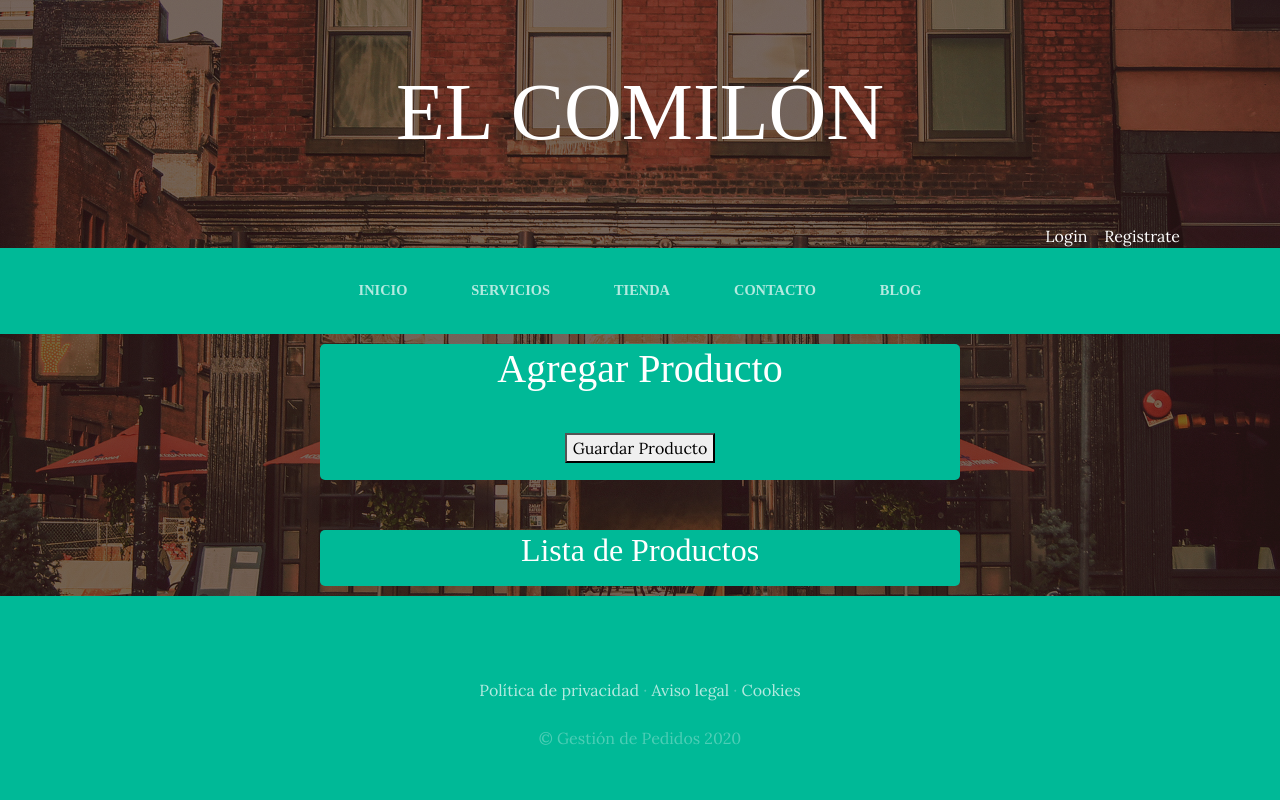
Repository: MatLarrea/Entrega_Elcomilon
Page: TiendaApp/templates/tienda/agregar_producto.html
An editor plug-in stored every save of this project. The page is shown before and after the next save, followed by the edit.
The browser window is 1280 px wide. The pictures show the whole page.
Backgrounds fixed to the window are drawn as part of the page. Some web fonts or font styles are not loaded; a fallback is used. The page is served by the project's application, run on Django 5.2 (manage.py). Other server files are loaded and not shown. The template is opened directly, without the code that normally fills it, so the values that code supplies are empty.

Above is the page before, as saved 2024-07-11 22:51:07.
Console error: TypeError: Cannot read properties of null (reading 'addEventListener')

### TiendaApp/templates/tienda/agregar_producto.html
{% extends 'layouts/base.html' %}
{% load static %}

{% block content %}
<div class="formularioContacto" style="text-align: center;">
    <h1 style="color: white;">Agregar Producto</h1>
    <form method="post" enctype="multipart/form-data">
        {% csrf_token %}
        <table style="margin:20px auto; color: white;">
            {{ form.as_table }}
        </table>
        <button type="submit" style="display: block; margin: 0 auto;">Guardar Producto</button>
    </form>
</div>

<div class="formularioContacto" style="margin-top: 50px; text-align: center;">
    <h2 style="color: white;">Lista de Productos</h2>
    <ul style="list-style-type: none; padding: 0;">
        {% for producto in productos %}
        <li style="margin-bottom: 10px;">
            {{ producto.nombre }} - Precio: {{ producto.precio }}
            <form method="post" action="{% url 'borrar_producto' producto.id %}">
                {% csrf_token %}
                <button type="submit">Eliminar</button>
            </form>
        </li>
        {% endfor %}
    </ul>
</div>
{% endblock %}

### Carrito/context_processor.py
from django.contrib import messages

def importe_total_carro(request):

    total = 0

    if request.user.is_authenticated:
        for key, value in request.session["carrito"].items():
            total = total + float(value["precio"])
    else:
        total = "Error"
    return {"importe_total_carro":total}

### Tienda_OnlineApp/templates/layouts/base.html
<html>

<head>


    {% load static %}
    <!-- Bootstrap -->
    <link href="{% static 'Tienda_OnlineApp/vendor/bootstrap/css/bootstrap.min.css' %}" rel="stylesheet">

    <!-- Fonts -->

    <link href="https://fonts.googleapis.com/css2?family=Raleway:wght@300&display=swap" rel="stylesheet">
    <link href="https://fonts.googleapis.com/css?family=Lora:400,400i,700,700i" rel="stylesheet">


    <!-- Styles -->
    <link href="{% static 'Tienda_OnlineApp/css/gestion.css' %}" rel="stylesheet">
</head>

<body>

    <h1 class="site-heading text-center text-white d-none d-lg-block">

        <span class="site-heading-lower">El comilón</span>
    </h1>

    <div style="text-align: right; margin-right: 100px; color: white;">

        {% if user.is_authenticated %}
           Bienvenido {{user.username}} &nbsp;&nbsp; <a href="{% url 'cerrar_sesion'%}" style="color: white;"> Cerrar sesión</a>
        {% else %}
            <a href="{% url 'logear' %}" style="color: white;">Login</a> &nbsp;&nbsp; <a href="{% url 'registro'%}" style="color: white;">Registrate</a>
        {% endif %}
    </div>
    <!-- Navbar -->
    <nav class="navbar navbar-expand-lg navbar-dark py-lg-4" id="mainNav">
        <div class="container">
            <a class="navbar-brand text-uppercase text-expanded font-weight-bold d-lg-none" href="home.html">Gestión de Pedidos
            </a>
            <button class="navbar-toggler" type="button" data-toggle="collapse" data-target="#navbarResponsive"
                aria-controls="navbarResponsive" aria-expanded="false" aria-label="Toggle navigation">
                <span class="navbar-toggler-icon"></span>
            </button>
            <div class="collapse navbar-collapse" id="navbarResponsive">
                <ul class="navbar-nav mx-auto">
                    <li class="nav-item {% if request.path == '/' %}active{% endif %} px-lg-4">
                        <a class="nav-link text-uppercase text-expanded" href="{% url 'home' %}">Inicio</a>
                    </li>
                    <li class="nav-item {% if request.path == '/servicios/' %}active{% endif %} px-lg-4">
                        <a class="nav-link text-uppercase text-expanded" href="{% url 'servicios' %}">Servicios</a>
                    </li>
                    <li class="nav-item {% if request.path == '/tienda/' %}active{% endif %} px-lg-4">
                        <a class="nav-link text-uppercase text-expanded" href="{% url 'tienda' %}">Tienda</a>
                    </li>
                    <li class="nav-item {% if request.path == '/contacto/' %}active{% endif %} px-lg-4">
                        <a class="nav-link text-uppercase text-expanded" href="{% url 'contacto' %}">Contacto</a>
                    </li>
                    <li class="nav-item {% if request.path|slice:':6' == '/blog/' %}active{% endif %} px-lg-4">
                        <a class="nav-link text-uppercase text-expanded" href="{% url 'blog' %}">Blog</a>
                    </li>
                    {% if user.is_superuser %}
                        <li class="nav-item {% if request.path == '/agregar_categoria/' %}active{% endif %} px-lg-4">
                            <a class="nav-link text-uppercase text-expanded" href="{% url 'agregar_categoria' %}">Administracion Categorias</a>
                        </li>
                        <li class="nav-item {% if request.path == '/agregar_producto/' %}active{% endif %} px-lg-4">
                            <a class="nav-link text-uppercase text-expanded" href="{% url 'agregar_producto' %}">Administracion Productos</a>
                        </li>
                    {% endif %}
                </ul>
            </div>
        </div>
    </nav>

    <!-- Contenido de las paginas-->
    {% block content%}

    {% endblock %}

    <!-- Footer -->
    <footer class="footer text-faded text-center py-5">
        <div class="container">
            <p class="m-0">
                <a href="#" class="link">
                    <span class="fa-stack fa-lg">
                        <i class="fa fa-circle fa-stack-2x"></i>
                        <i class="fa fa-twitter fa-stack-1x fa-inverse"></i>
                    </span>
                </a>
                <a href="#" class="link">
                    <span class="fa-stack fa-lg">
                        <i class="fa fa-circle fa-stack-2x"></i>
                        <i class="fa fa-facebook fa-stack-1x fa-inverse"></i>
                    </span>
                </a>
                <a href="#" class="link">
                    <span class="fa-stack fa-lg">
                        <i class="fa fa-circle fa-stack-2x"></i>
                        <i class="fa fa-instagram fa-stack-1x fa-inverse"></i>
                    </span>
                </a>
            </p>
            <p class="m-0 mbt">
                <a href="sample.html" class="link">Política de privacidad</a> ·
                <a href="sample.html" class="link">Aviso legal</a> ·
                <a href="sample.html" class="link">Cookies</a>
            </p>
            <p class="m-0 mbt1">&copy; Gestión de Pedidos 2020</p>
        </div>
    </footer>

    <!-- Bootstrap -->
    <script src="{% static 'Tienda_OnlineApp/vendor/jquery/jquery.min.js' %}"></script>
    <script src="{% static 'Tienda_OnlineApp/vendor/bootstrap/js/bootstrap.bundle.min.js' %}"></script>
    <script src="{% static 'Tienda_OnlineApp/js/gestion.js' %}"></script>
</body>

</html>

### Tienda_Online/urls.py
"""
URL configuration for Tienda_Online project.

The `urlpatterns` list routes URLs to views. For more information please see:
    https://docs.djangoproject.com/en/5.0/topics/http/urls/
Examples:
Function views
    1. Add an import:  from my_app import views
    2. Add a URL to urlpatterns:  path('', views.home, name='home')
Class-based views
    1. Add an import:  from other_app.views import Home
    2. Add a URL to urlpatterns:  path('', Home.as_view(), name='home')
Including another URLconf
    1. Import the include() function: from django.urls import include, path
    2. Add a URL to urlpatterns:  path('blog/', include('blog.urls'))
"""
from django.contrib import admin
from django.urls import path, include
from django.conf import settings
from django.conf.urls.static import static

urlpatterns = [
    path('admin/', admin.site.urls),
    path('', include("Tienda_OnlineApp.urls")),
    path('servicios/', include("ServiciosApp.urls")),
    path('blog/', include("BlogApp.urls")),
    path('contacto/', include("ContactoApp.urls")),
    path('tienda/', include("TiendaApp.urls")),
    path('carrito/', include("Carrito.urls")),
    path('auth/', include("AutentificacionApp.urls")),
]

urlpatterns += static(settings.MEDIA_URL, document_root = settings.MEDIA_ROOT)

### ServiciosApp/urls.py
from django.urls import path
from . import views

urlpatterns = [
    path('', views.servicios, name="servicios"),
]

### BlogApp/urls.py
from django.urls import path
from . import views

urlpatterns = [
    path('', views.blog, name="blog"),
    path('categoria/<categoria_id>/', views.categoria, name="categoria"),
]

### ContactoApp/urls.py
from django.urls import path
from . import views

urlpatterns = [
    path('', views.contacto, name="contacto"),
]

### TiendaApp/urls.py
from django.urls import path
from . import views
from .views import agregar_categoria


urlpatterns = [
    path('', views.tienda, name="tienda"),
    path('agregar_categoria/', views.agregar_categoria, name='agregar_categoria'),
    path('borrar_categoria/<int:categoria_id>/', views.borrar_categoria, name='borrar_categoria'),
    path('agregar_producto/', views.agregar_producto, name='agregar_producto'),
    path('borrar_producto/<int:producto_id>/', views.borrar_producto, name='borrar_producto'),
]

### Carrito/urls.py
from django.urls import path
from . import views

app_name = "ctienda"

urlpatterns = [

    path("agregar/<int:producto_id>/", views.agregar_producto, name="agregar"),
    path("eliminar/<int:producto_id>/", views.eliminar_producto, name="eliminar"),
    path("restar/<int:producto_id>/", views.restar_producto, name="restar"),
    path("limpiar/", views.limpiar_carrito, name="limpiar"),
]

### AutentificacionApp/urls.py
from django.urls import path
from .views import VRegistro, cerrar_sesion, logear



urlpatterns = [
    path('', VRegistro.as_view() , name="registro"),
    path('cerrar_sesion', cerrar_sesion, name="cerrar_sesion"),
    path('login', logear, name="logear"),
]

### Tienda_OnlineApp/static/Tienda_OnlineApp/css/gestion.css
body {
  font-family: 'Lora';
  background: linear-gradient(rgba(47, 23, 15, 0.65), rgba(47, 23, 15, 0.65)), url("../img/bg_mainn.jpg");
  background-attachment: fixed;
  background-position: center;
  background-size: cover;
}

h1,
h2,
h3,
h4,
h5,
h6 {
  font-family: 'Raleway';
}

p {
  line-height: 1.75;
}

.text-faded {
  color: rgba(255, 255, 255, 0.3);
}

.site-heading {
  margin-top: 5rem;
  margin-bottom: 5rem;
  text-transform: uppercase;
  line-height: 1;
  font-family: 'Raleway';
}

.site-heading .site-heading-upper {
  display: block;
  font-size: 2rem;
  font-weight: 800;
}

.site-heading .site-heading-lower {
  font-size: 5rem;
  font-weight: 100;
  line-height: 4rem;
}

.page-section {
  margin-top: 5rem;
  margin-bottom: 5rem;
}

.section-heading {
  text-transform: uppercase;
}

.section-heading .section-heading-upper {
  display: block;
  font-size: 1rem;
  font-weight: 800;
  padding-bottom: .5rem;

}

.section-heading .section-heading-lower {
  display: block;
  font-size: 3rem;
  font-weight: 100;
}


.section-heading .section-heading-under {
  display: block;
  font-size: 1rem;
  text-transform: none;
  font-weight: 300;
  margin-top: .5rem;
}

.bg-faded {
  background-color: rgba(255, 255, 255, 0.85);
}

#mainNav {
  background-color: rgb(0, 185, 151);
  font-family: 'Raleway';
}

#mainNav .navbar-brand {
  color: #ffffff;
}

#mainNav .navbar-nav .nav-item .nav-link {
  color: rgba(255, 255, 255, 0.7);
  font-weight: 800;
}

#mainNav .navbar-nav .nav-item.active .nav-link {
  color: #ffffff;
  text-decoration: underline;
}

@media (min-width: 992px) {
  #mainNav .navbar-nav .nav-item .nav-link {
    font-size: 0.9rem;
  }

  #mainNav .navbar-nav .nav-item .nav-link:hover {
    color: rgba(255, 255, 255, 0.4);
    text-decoration: underline;
  }

  #mainNav .navbar-nav .nav-item.active .nav-link:hover {
    color: #ffffff;
    text-decoration: underline;
  }
}

.btn-xl {
  font-weight: 700;
  font-size: 0.8rem;
  padding-top: 1.5rem;
  padding-bottom: 1.5rem;
  padding-left: 2rem;
  padding-right: 2rem;
}

.intro {
  position: relative;
}

@media (min-width: 992px) {
  .intro .intro-img {
    width: 75%;
    float: left;
  }

  .intro .intro-text {
    left: 600;
    width: 60%;
    margin-top: 3rem;
    background-color: rgb(0, 185, 151);
    color: cornsilk;
    position: absolute;
  }

  .intro .intro-text .intro-button {
    width: 100%;
    left: 0;
    position: absolute;
    bottom: -2rem;
  }
}

@media (min-width: 1200px) {
  .intro .intro-text {
    width: 45%;
  }
}

.cta {
  padding-top: 5rem;
  padding-bottom: 5rem;
  background-color: rgb(242, 245, 240);
}

.cta .cta-inner {
  position: relative;
  padding: 3rem;
  margin: 0.5rem;
  background-color: rgb(0, 185, 151);
  color: cornsilk;
}

.cta .cta-inner:before {
  border-radius: 0.5rem;
  content: '';
  position: absolute;
  top: -0.5rem;
  bottom: -0.5rem;
  left: -0.5rem;
  right: -0.5rem;
  border: 0.25rem solid rgba(255, 255, 255, 0.85);
}

.cta .cta-innerv {
  position: relative;
  padding: 3rem;
  margin: 0.5rem;
  background-color: rgba(255, 255, 255, 0.85);
}

@media (min-width: 992px) {
  .about-heading .about-heading-img {
    position: relative;
    z-index: 0;
  }

  .about-heading .about-heading-content {
    margin-top: -5rem;
    position: relative;
    z-index: 1;
  }
}

@media (min-width: 992px) {
  .product-item .product-item-title {
    position: relative;
    z-index: 1;
    margin-bottom: -3rem;
  }

  .product-item .product-item-img {
    position: relative;
    z-index: 0;
    max-width: 60vw;
  }

  .product-item .product-item-description {
    position: relative;
    z-index: 1;
    margin-top: -3rem;
    max-width: 50vw;
  }
}



@media (min-width: 992px) {
  .list-hours {
    width: 50%;
    font-size: 1.1rem;
  }
}

.address strong {
  font-size: 1.2rem;
}

.footer {
  background-color: rgb(0, 185, 151);
}



.btn {
  box-shadow: 0px 3px 3px 0px rgba(33, 37, 41, 0.1);
}



.font-weight-light {
  font-weight: 100 !important;
}

.mbtm {
  padding-top: 5rem;
}

.mbt {
  padding-top: 2rem;
}

.mbt1 {
  padding-top: 1.25rem;
}

a.link {
  color: rgba(255, 255, 255, 0.7);
}

a.link:hover {
  text-decoration: none;
  color: rgba(255, 255, 255, 0.4);
}

.section-content {
  font-family: 'Lora' !important;
  font-size: 16px !important;
  font-weight: 400 !important;
  line-height: 28px !important;
}

ul.errorlist {
  padding-top: .75rem;
  font-style: italic;
  color: red;
}

.linksCategorias{
  color: white !important;
  text-decoration: underline;
}

.linksCategorias:hover{
  text-decoration: none;
}

.formularioContacto{
  background-color:  rgb(0, 185, 151);
  margin: auto;
  width: 50%;
  margin: 10px auto;
  border-radius: 5px;
  padding: 1px 0px;
}

/*Mapa api*/

#encuentranos p{
  text-align: center;
}

#map{
  border-radius: 5rem;
  border-style: ridge;
  border-width: 1rem;
  border-color:  rgb(0, 185, 151);
  height: 30rem;
  width: 80%;
  margin: auto;
}

.texto-mapa{
  color: black;
  font-size: 2rem;
}

.mapa{
  background-color: #fff;
  padding-bottom: 5rem;
}

.clima button{

  text-decoration: none;
  color: #fff;
  border-color: black;
  max-width: 20rem;
  height: 2rem;
}

#resultado{
  background-color:   rgb(0, 185, 151);
  color: black;
  max-width: 15rem;
}

#inicio{
  margin: 1% 1%;
}

### Tienda_OnlineApp/static/Tienda_OnlineApp/js/gestion.js
//Creacion de ubicacion localizacion local google map api
let map;
async function initMap() {
  let coord  = {lat:-33.012516 ,lng:-71.549197 };
  const { Map } = await google.maps.importLibrary("maps");
  map = new Map(document.getElementById("map"), {
    center: coord,
    zoom: 16,
  });
  var marker = new google.maps.Marker({
    position: coord,
    map: map
});
}
initMap();


//Obtencion datos API openweathermap
let key = 'b2158dabed90c6c3a9797b6e96405750';
let ciudad = document.getElementById('city');
let boton = document.getElementById('btn');
let resultado = document.getElementById('resultado');
let get_weather = () => {
  let city_name = ciudad.value;
    let url = `https://api.openweathermap.org/data/2.5/weather?q=${city_name}&appid=${key}&units=metric`
    fetch(url).then((resp) => resp.json()).then(data => {
      console.log("la temperatura es " +(data.main.temp)+'°');
      console.log(data.weather[0].description);
      console.log(data);
      resultado.innerHTML = `<h2>${data.name} | ${data.main.temp+'°'}</h2>`
    });
}
boton.addEventListener('click',get_weather);

Loaded but not shown: Tienda_OnlineApp/urls.py (common file)

After the next save:
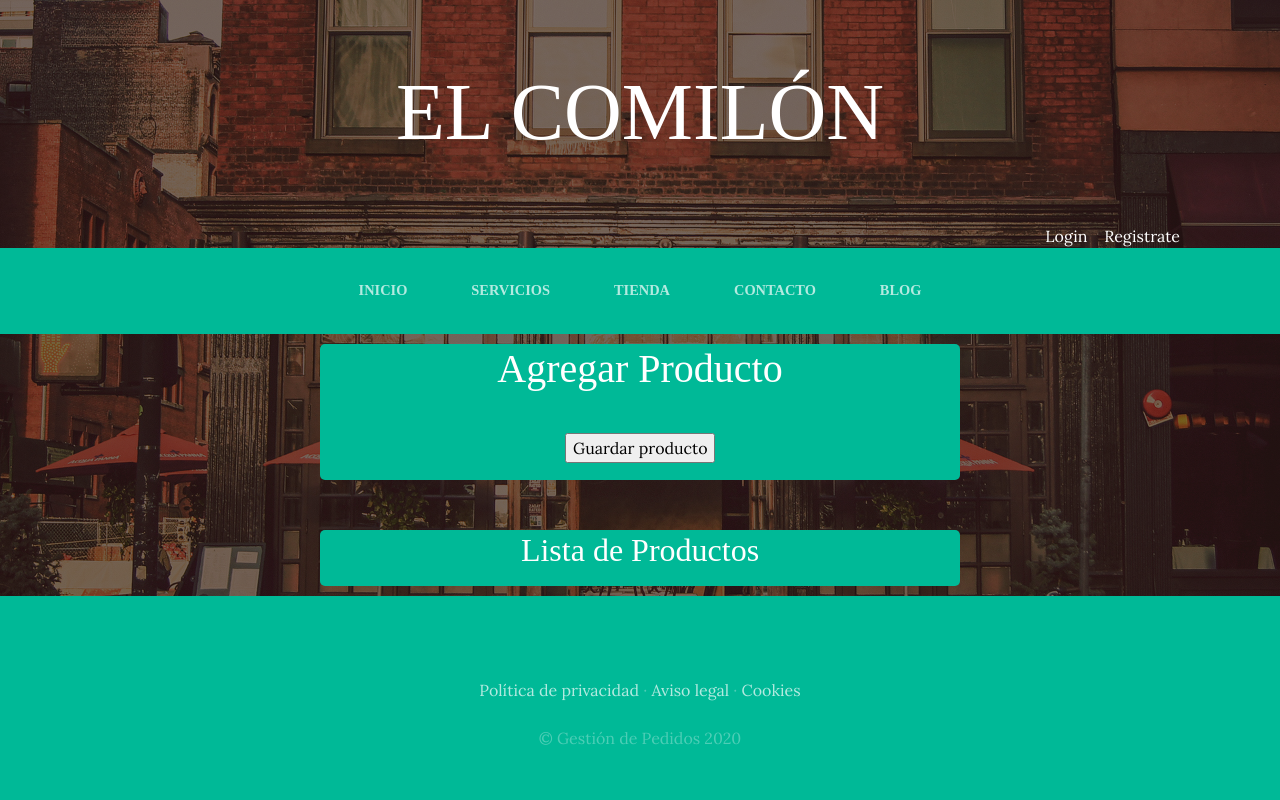
Saved 78 s later.
--- a/TiendaApp/templates/tienda/agregar_producto.html
+++ b/TiendaApp/templates/tienda/agregar_producto.html
@@ -9,7 +9,7 @@
         <table style="margin:20px auto; color: white;">
             {{ form.as_table }}
         </table>
-        <button type="submit" style="display: block; margin: 0 auto;">Guardar Producto</button>
+        <input type="submit" value="Guardar producto" style="width: 150px;">
     </form>
 </div>
 
@@ -21,7 +21,7 @@
             {{ producto.nombre }} - Precio: {{ producto.precio }}
             <form method="post" action="{% url 'borrar_producto' producto.id %}">
                 {% csrf_token %}
-                <button type="submit">Eliminar</button>
+                <input type="submit" value="Eliminar" style="width: 150px;">
             </form>
         </li>
         {% endfor %}
